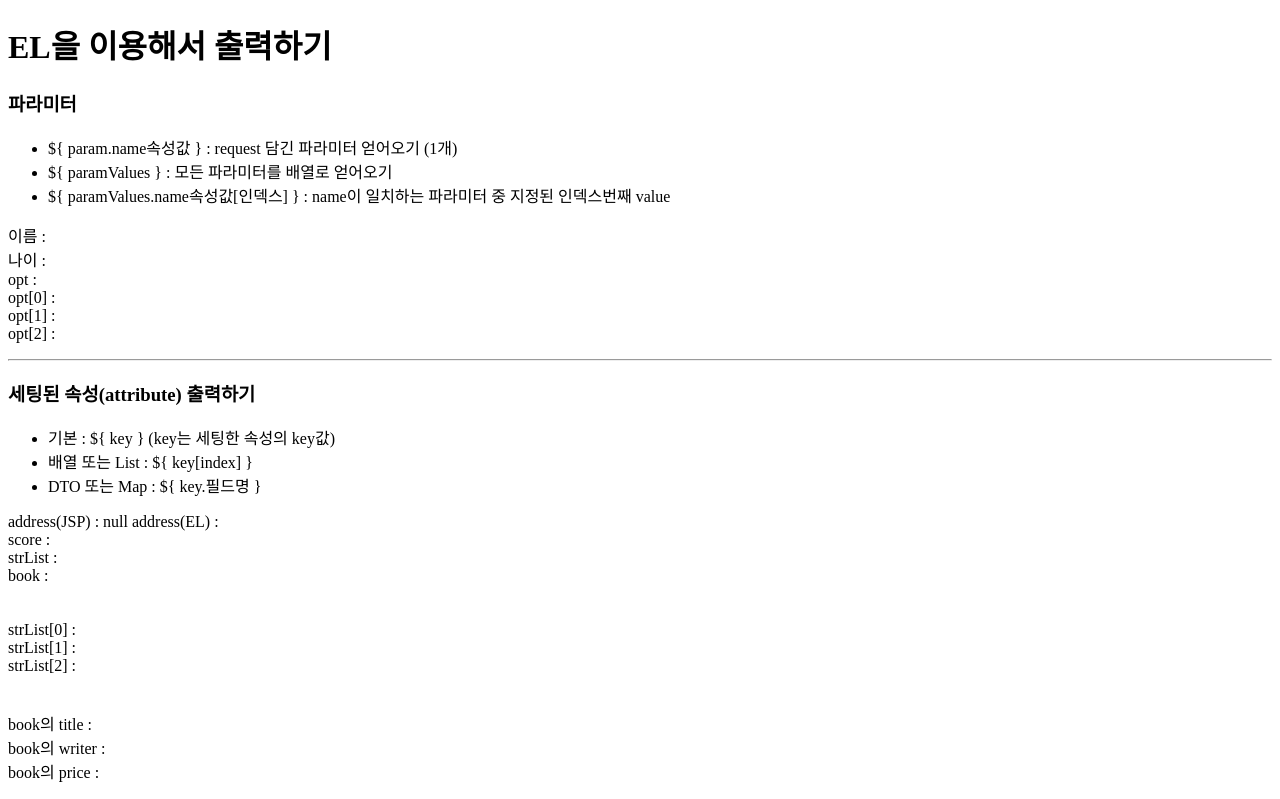
Repository: Rabsterd/6_Server
Page: http://localhost/JSPProject2/WEB-INF/views/el/elResult.jsp
These files come from the project's save history. The page is drawn as it stood at one moment and after the next save; the edit follows.
The browser window is 1280 px wide. The pictures show the whole page.
The page is served by Tomcat 9. Nobody is signed in. Other server files are loaded and not shown. The template is opened directly, without the code that normally fills it, so the values that code supplies are empty.

Above is the page before, as saved 2023-09-19 01:36:27.

### JSPProject2/src/main/webapp/WEB-INF/views/el/elResult.jsp
<%@ page language="java" contentType="text/html; charset=UTF-8"
    pageEncoding="UTF-8"%>
<!DOCTYPE html>
<html>
<head>
<meta charset="UTF-8">
<title>EL 결과</title>
</head>
<body>
	<h1>EL을 이용해서 출력하기</h1>

	<h3>파라미터</h3>
	<ul>
		<li> \${ param.name속성값 } : request 담긴 파라미터 얻어오기 (1개)</li>
		<li> \${ paramValues } : 모든 파라미터를 배열로 얻어오기</li>
		<li> \${ paramValues.name속성값[인덱스] } :
			name이 일치하는 파라미터 중 지정된 인덱스번째 value
		</li>
	</ul>

	<p>
		이름 : ${ param.inputName } <br>
		나이 : ${ param.inputAge } <br>

		opt : ${ param.opt } <br>

		opt[0] : ${ paramValues.opt[0] } <br>
		opt[1] : ${ paramValues.opt[1] } <br>
		opt[2] : ${ paramValues.opt[2] } <br>
	</p>

	<hr>

	<h3>세팅된 속성(attribute) 출력하기</h3>

	<ul>
		<li>기본 : \${ key }  (key는 세팅한 속성의 key값) </li>

		<li>배열 또는 List : \${ key[index] }</li>
		<li>DTO 또는 Map : \${ key.필드명 }</li>
	</ul>

	<p>
		address(JSP) : <%= request.getAttribute("address") %>
		address(EL) : ${address} <br>

		score : ${score} <br> <%-- 100 --%>
		strList : ${strList} <br> <%-- [가가가, 나나나, 다다다] --%>
		book : ${book} <br>

		<br><br>

		strList[0] : ${strLIst[0]} <br>
		strList[1] : ${strLIst[1]} <br>
		strList[2] : ${strLIst[2]} <br>

		<br><br>

		<%-- <%= ((Book)request.getAttribute("book")).getTitle() %> --%>

		book의 title : ${ book.title } <br>
		book의 writer : ${book.writer} <br>
		book의 price : ${book.price} <br>

	</p>

</body>
</html>

After the next save:
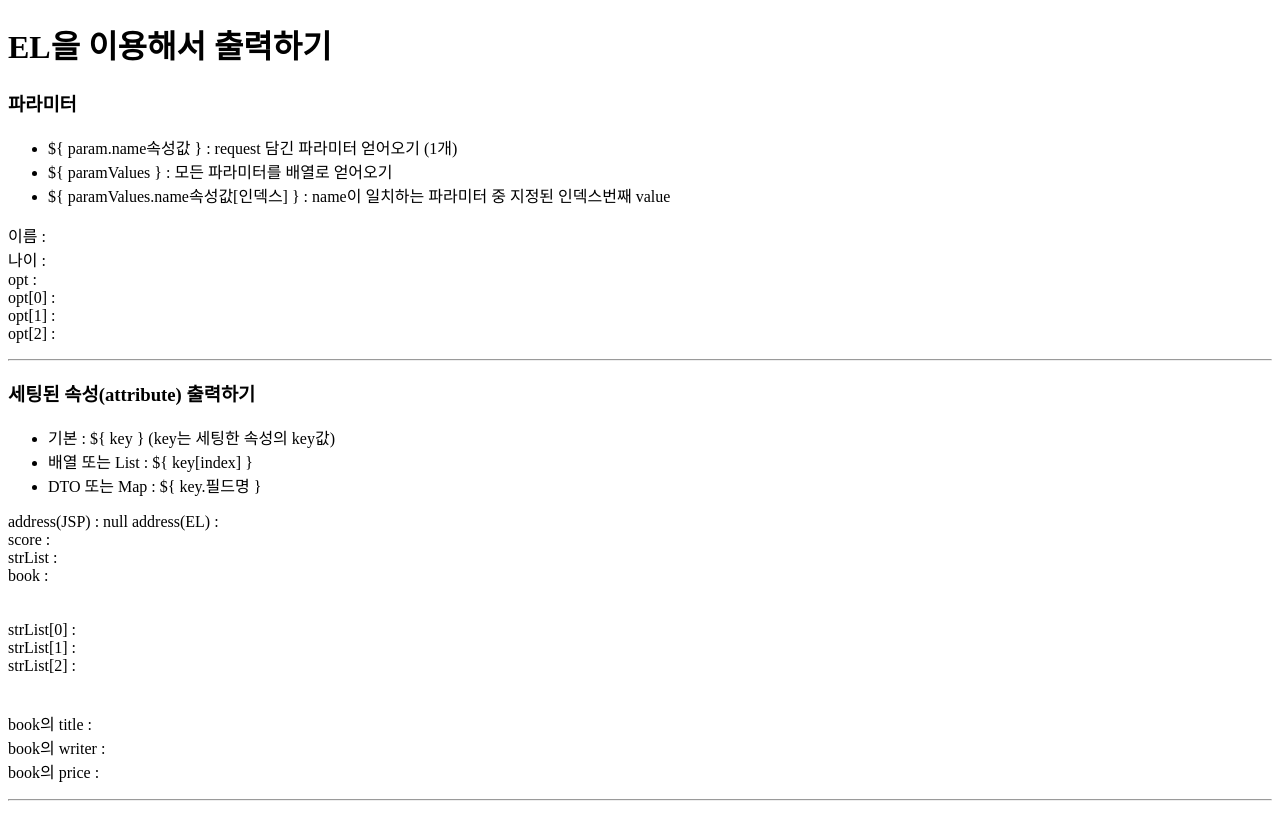
Saved 12 s later.
--- a/JSPProject2/src/main/webapp/WEB-INF/views/el/elResult.jsp
+++ b/JSPProject2/src/main/webapp/WEB-INF/views/el/elResult.jsp
@@ -61,8 +61,11 @@
 		book의 title : ${ book.title } <br>
 		book의 writer : ${book.writer} <br>
 		book의 price : ${book.price} <br>
+	</p>
 
-	</p>
+	<hr>
+
+	<h1></h1>
 
 </body>
 </html>
